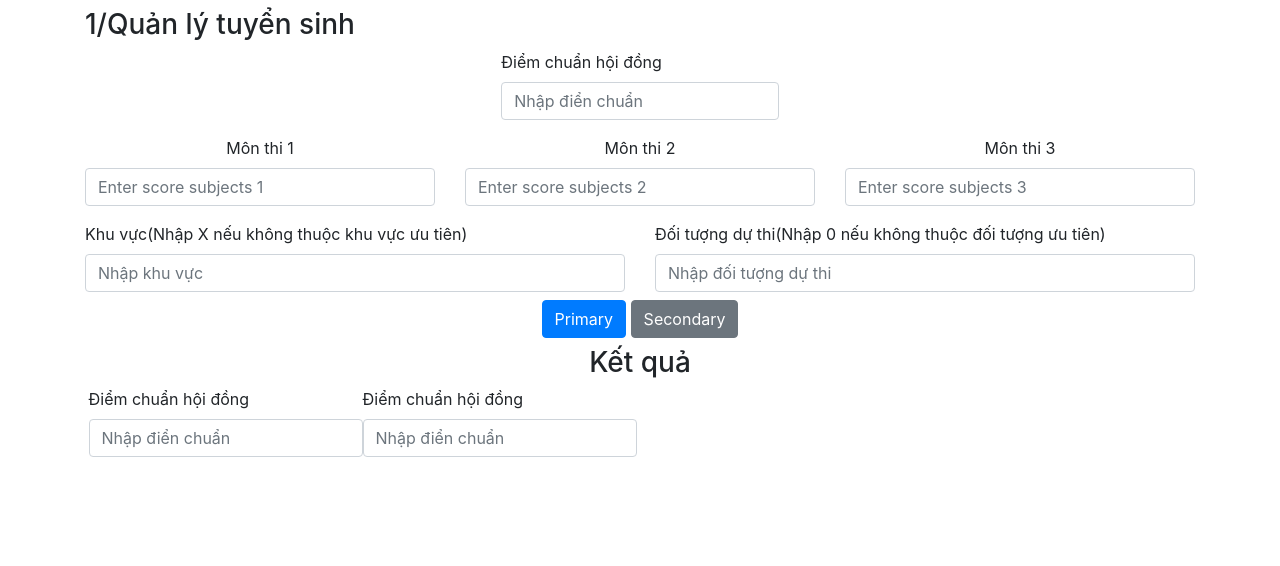
Repository: baobaodeveloper/bootcamp21__jsbasic4_HuynhAnhBao
Page: index.html
The author's editor kept a copy of each file at every save. The page is drawn from the files as they stood at one save, then again after the next save.
The browser window is 1280 px wide. The pictures show the whole page.

Above is the page before, as saved 2022-03-13 17:49:51.

### index.html
<!DOCTYPE html>
<html lang="en">
  <head>
    <title>Exercise3</title>
    <!-- Required meta tags -->
    <meta charset="utf-8" />
    <meta
      name="viewport"
      content="width=device-width, initial-scale=1, shrink-to-fit=no"
    />

    <!-- Bootstrap CSS -->
    <link
      rel="stylesheet"
      href="https://stackpath.bootstrapcdn.com/bootstrap/4.3.1/css/bootstrap.min.css"
      integrity="sha384-ggOyR0iXCbMQv3Xipma34MD+dH/1fQ784/j6cY/iJTQUOhcWr7x9JvoRxT2MZw1T"
      crossorigin="anonymous"
    />
  </head>
  <body>
    <!-- 1/Quản lý tuyển sinh -->
    <div class="container mt-2">
      <h3>1/Quản lý tuyển sinh</h3>

      <div class="mb-3 w-25 m-auto">
        <label for="exampleFormControlInput1" class="score"
          >Điểm chuẩn hội đồng</label
        >
        <input
          type="email"
          class="form-control"
          id="exampleFormControlInput1"
          placeholder="Nhập điển chuẩn"
        />
      </div>

      <div class="row mt-3 text-center">
        <div class="col">
          <label class="score">Môn thi 1</label>
          <input
            type="text"
            class="form-control"
            placeholder="Enter score subjects 1"
          />
        </div>
        <div class="col">
          <label class="score">Môn thi 2</label>
          <input
            type="text"
            class="form-control"
            placeholder="Enter score subjects 2"
          />
        </div>
        <div class="col">
          <label class="score">Môn thi 3</label>
          <input
            type="text"
            class="form-control"
            placeholder="Enter score subjects 3"
          />
        </div>
      </div>

      <div class="row mt-3">
        <div class="col">
          <label class="score"
            >Khu vực(Nhập X nếu không thuộc khu vực ưu tiên)</label
          >
          <input type="text" class="form-control" placeholder="Nhập khu vực" />
        </div>
        <div class="col">
          <label class="score"
            >Đối tượng dự thi(Nhập 0 nếu không thuộc đối tượng ưu tiên)</label
          >
          <input
            type="text"
            class="form-control"
            placeholder="Nhập đối tượng dự thi"
          />
        </div>
      </div>

      <div class="text-center mt-2">
        <button type="button" class="btn btn-primary">Primary</button>
        <button type="button" class="btn btn-secondary">Secondary</button>
      </div>

      <h3 class="text-center mt-2">Kết quả</h3>

      <div class="mb-3 w-50 d-flex justify-content-center align-items-center">
        <div>
          <label for="exampleFormControlInput1" class="score"
            >Điểm chuẩn hội đồng</label
          >
          <input
            type="email"
            class="form-control"
            id="exampleFormControlInput1"
            placeholder="Nhập điển chuẩn"
          />
        </div>

        <div>
          <label for="exampleFormControlInput1" class="score"
            >Điểm chuẩn hội đồng</label
          >
          <input
            type="email"
            class="form-control"
            id="exampleFormControlInput1"
            placeholder="Nhập điển chuẩn"
          />
        </div>
      </div>
    </div>
    <!-- Optional JavaScript -->
    <!-- jQuery first, then Popper.js, then Bootstrap JS -->
    <script
      src="https://code.jquery.com/jquery-3.3.1.slim.min.js"
      integrity="sha384-q8i/X+965DzO0rT7abK41JStQIAqVgRVzpbzo5smXKp4YfRvH+8abtTE1Pi6jizo"
      crossorigin="anonymous"
    ></script>
    <script
      src="https://cdnjs.cloudflare.com/ajax/libs/popper.js/1.14.7/umd/popper.min.js"
      integrity="sha384-UO2eT0CpHqdSJQ6hJty5KVphtPhzWj9WO1clHTMGa3JDZwrnQq4sF86dIHNDz0W1"
      crossorigin="anonymous"
    ></script>
    <script
      src="https://stackpath.bootstrapcdn.com/bootstrap/4.3.1/js/bootstrap.min.js"
      integrity="sha384-JjSmVgyd0p3pXB1rRibZUAYoIIy6OrQ6VrjIEaFf/nJGzIxFDsf4x0xIM+B07jRM"
      crossorigin="anonymous"
    ></script>

    <script src="exercise1.js"></script>
  </body>
</html>

Loaded but not shown: exercise1.js (no stored copy; drawn as an empty file)

After the next save:
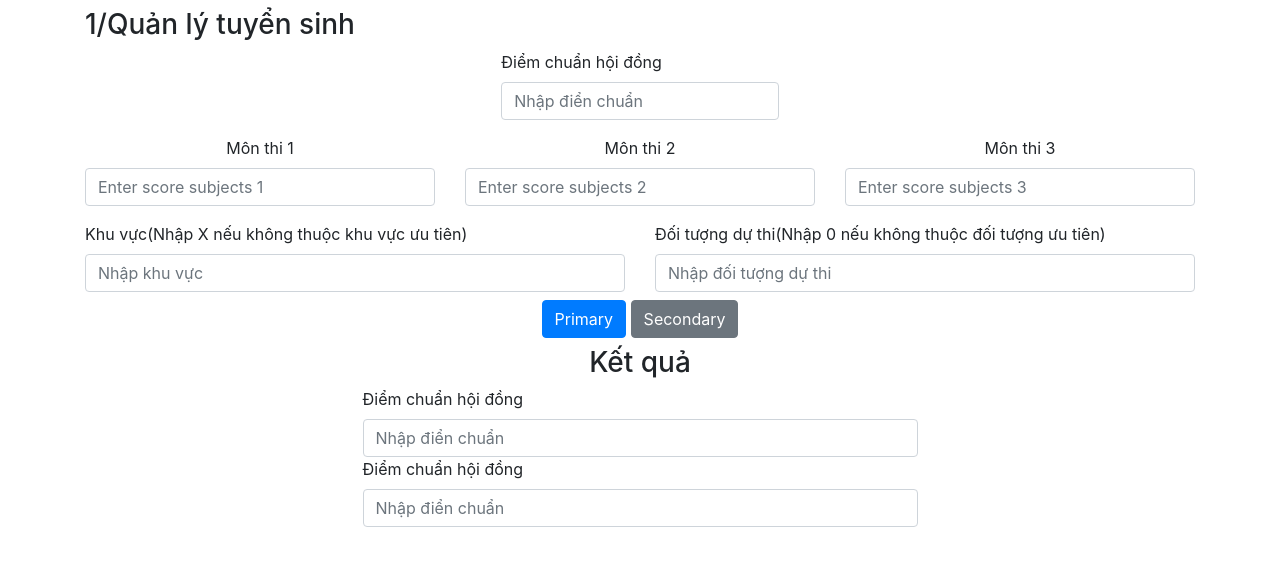
Saved 24 s later.
--- a/index.html
+++ b/index.html
@@ -87,7 +87,7 @@
 
       <h3 class="text-center mt-2">Kết quả</h3>
 
-      <div class="mb-3 w-50 d-flex justify-content-center align-items-center">
+      <div class="mb-3 w-50 m-auto">
         <div>
           <label for="exampleFormControlInput1" class="score"
             >Điểm chuẩn hội đồng</label
